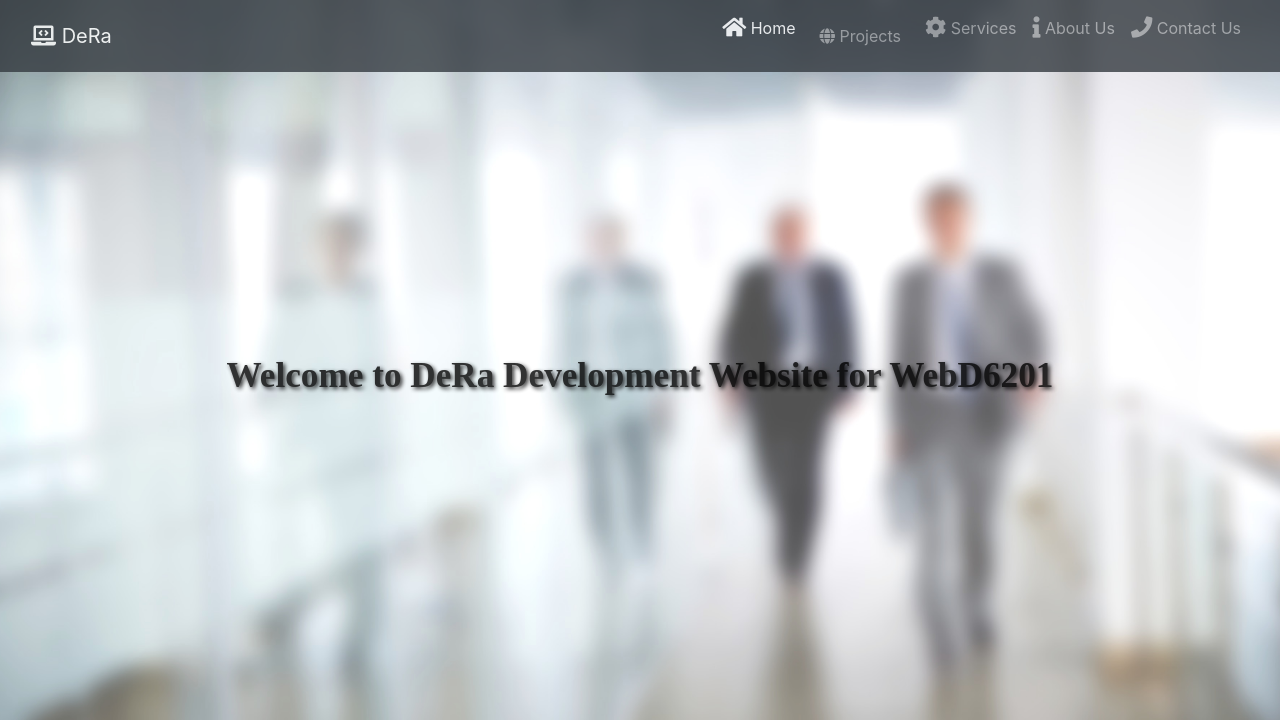
Repository: deividwsantoss/web6201-Lab1
Page: index.html
An editor plug-in stored every save of this project. The page is shown before and after the next save, followed by the edit.
The browser window is 1280 px wide. The pictures show the whole page.

Above is the page before, as saved 2021-02-04 09:41:15.
Console error: TypeError: Cannot read properties of null (reading '0')

After the next save:
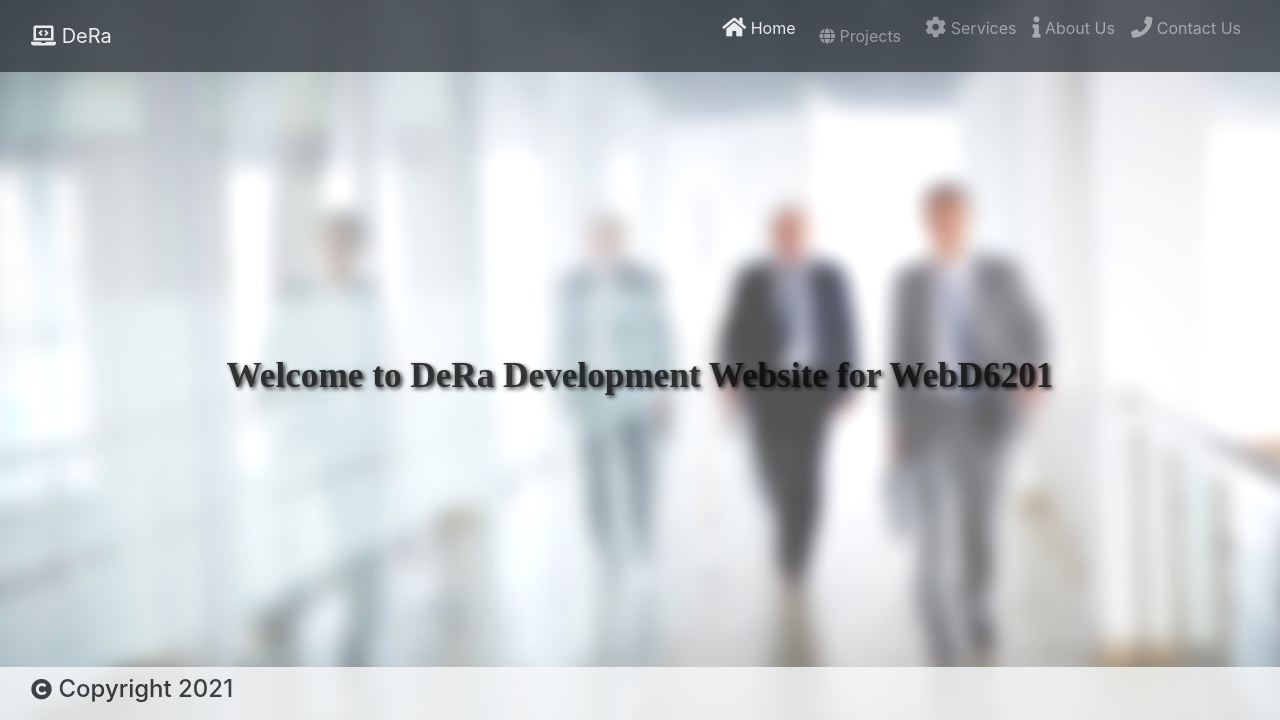
Console error: TypeError: Cannot set properties of null (setting 'innerHTML')
Saved 13 s later.
--- a/index.html
+++ b/index.html
@@ -57,7 +57,12 @@
 
 
         <!-- Main Footer-->
+        <footer >
+          <div id="mainFooter">
 
+          </div>
+
+        </footer>
 
     <!--- Script Section-->
     <script src="./node_modules/jquery/dist/jquery.min.js"></script>
